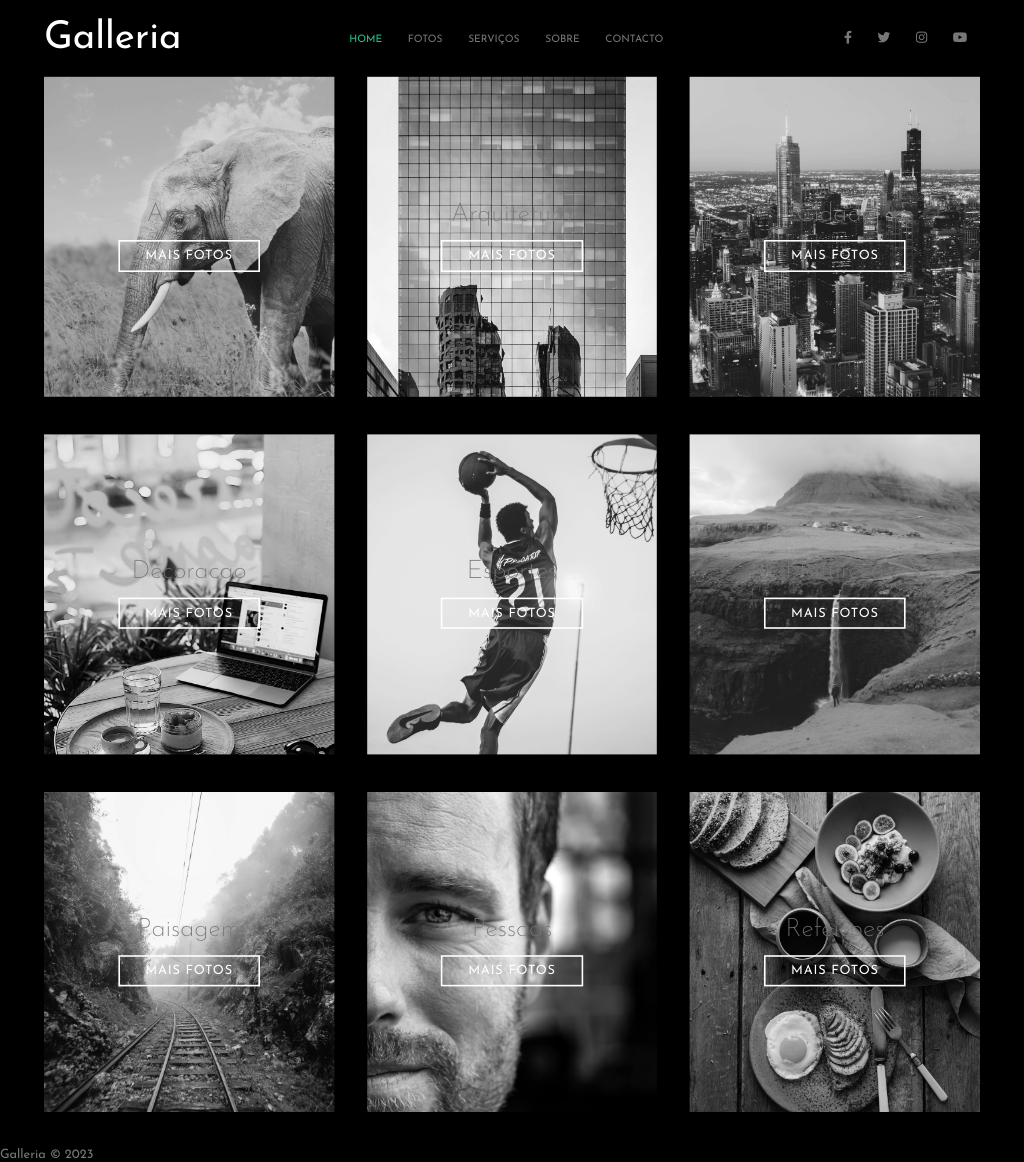
Repository: AghastyGD/gallery-sass
Page: index.html
The author's editor kept a copy of each file at every save. The page is drawn from the files as they stood at one save, then again after the next save.
The browser window is 1280 px wide. The pictures show the whole page, at 80% of full size.
The style sheet was rebuilt from its Sass, Less or Tailwind sources for each picture, by a compiler version that may differ from the author's.

Above is the page before, as saved 2023-10-13 18:43:57.

After the next save:
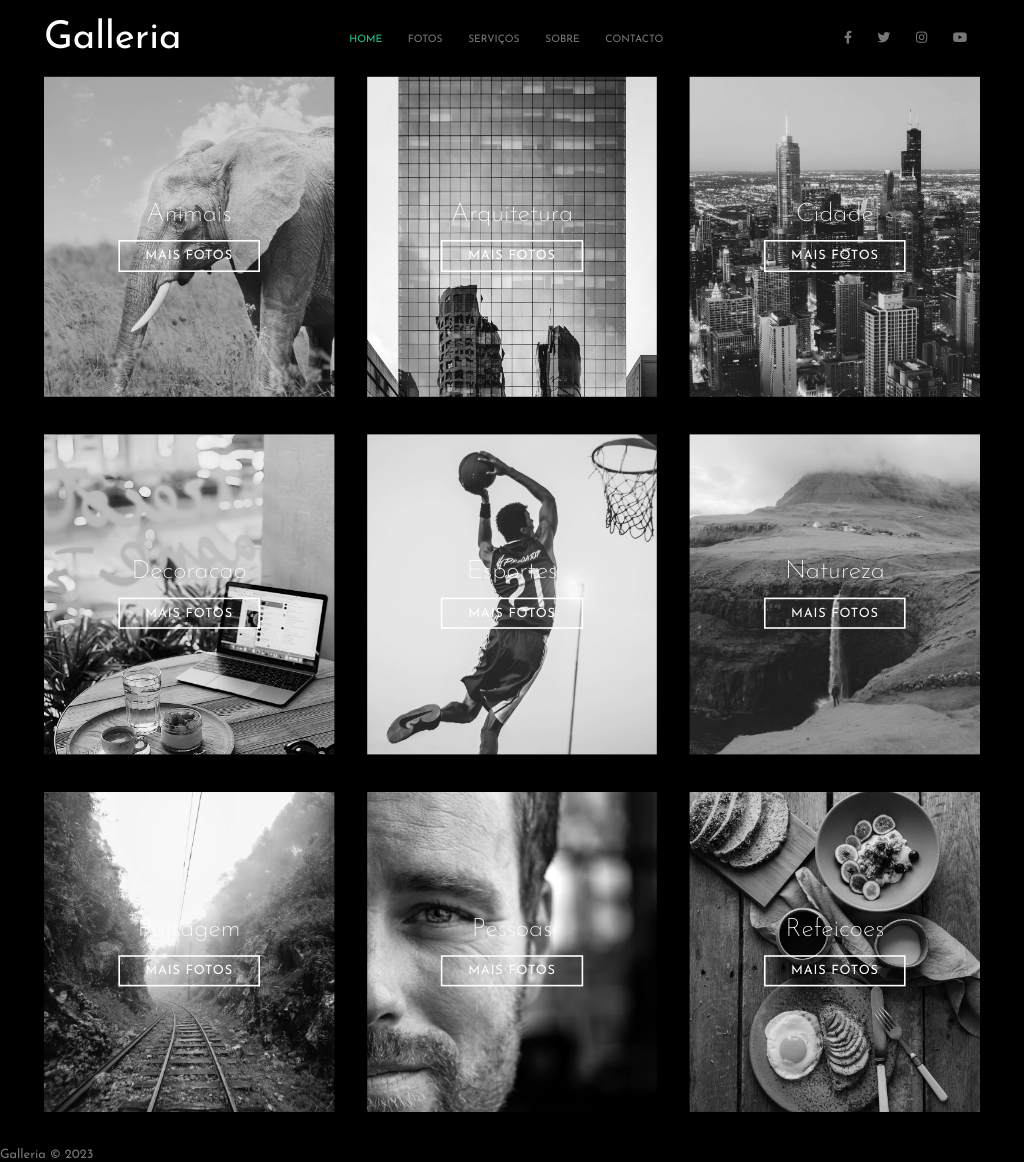
Saved 16 s later.
--- a/sass/styles.sass
+++ b/sass/styles.sass
@@ -74,6 +74,7 @@ body
     margin-bottom: 4%
     @include mixins.flex-center
     flex-direction: column
+    color: variables.$primary-color
 
     &-title
       font-size: 2rem
